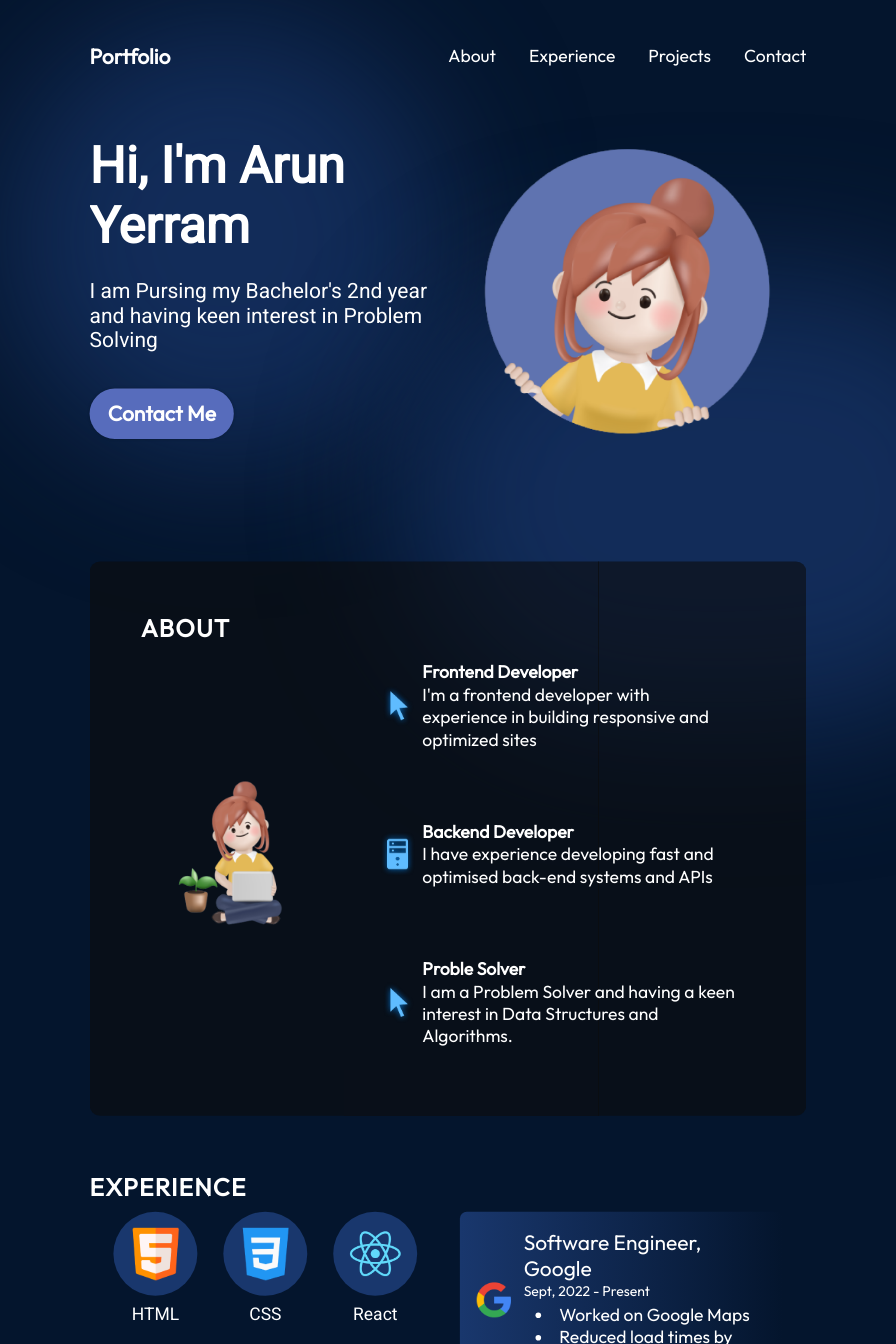
Repository: ARUN-YERRAM/Arun-Yerram-s-Portfolio-Website
Page: /
The author's editor kept a copy of each file at every save. The page is drawn from the files as they stood at one save, then again after a run of saves.
The browser window is 1280 px wide. The pictures show the part of the page from y = 0 to 1920 px (the page is 4237 px tall), at 70% of full size.
The project was rebuilt for these pictures with package versions that can differ from the ones it lists, and the page was loaded fresh each time. Also part of the build but not shown: vite.config.js.

Above is the page before, as saved 2024-03-02 06:04:49.

After the next 2 saves:
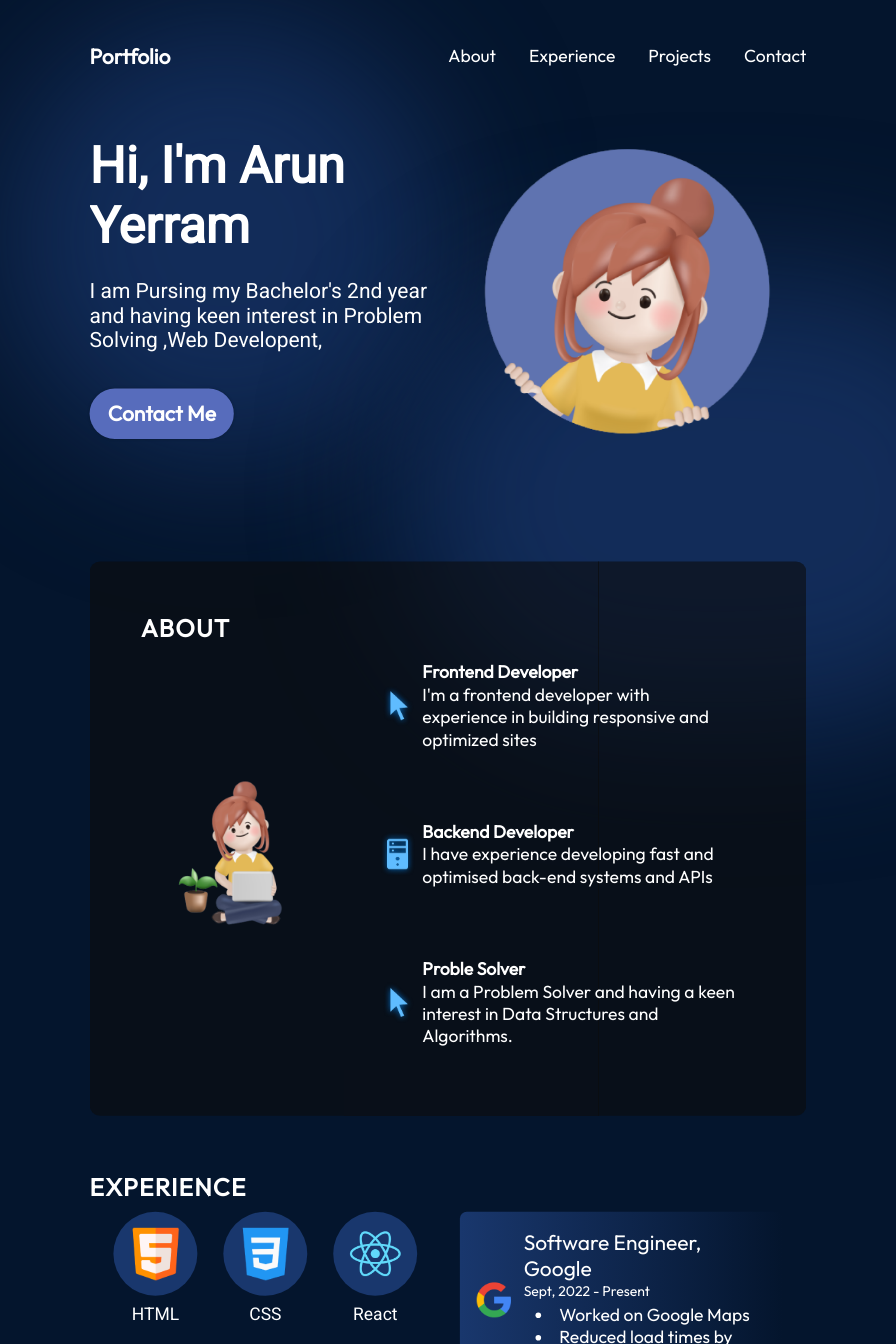
The 2 saves are shown as one change because they came seconds apart.
The last was saved 9 s later.
--- a/src/components/Hero/Hero.jsx
+++ b/src/components/Hero/Hero.jsx
@@ -11,7 +11,7 @@
         <p className={styles.description}>
           {/* I'm a full-stack developer with 5 years of experience using React and */}
           {/* NodeJS. Reach out if you'd like to learn more! */}
-          I am Pursing my Bachelor's 2nd year and having keen interest in Problem Solving
+          I am Pursing my Bachelor's 2nd year and having keen interest in Problem Solving ,Web Developent,
 
         </p>
         <a href="mailto:myemail@email.com" className={styles.contactBtn}>
